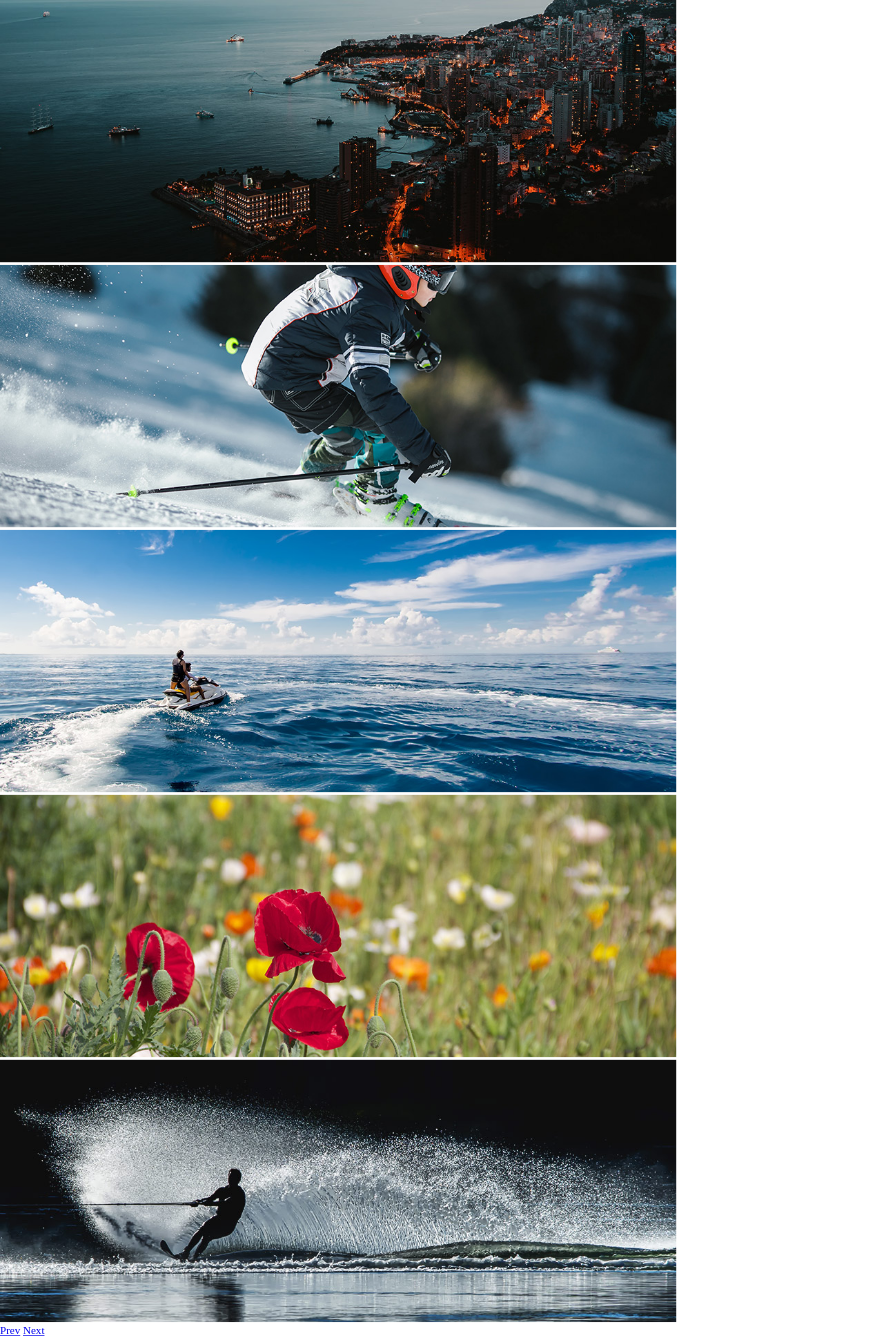
Repository: AnhTuan191298/sent-file-hoang
Page: js_slider/index.html
These files come from the project's save history. The page is drawn as it stood at one moment and after the next save; the edit follows.
The browser window is 1280 px wide. The pictures show the whole page, at 69% of full size.

Above is the page before, as saved 2021-02-01 15:53:01.

After the next save:
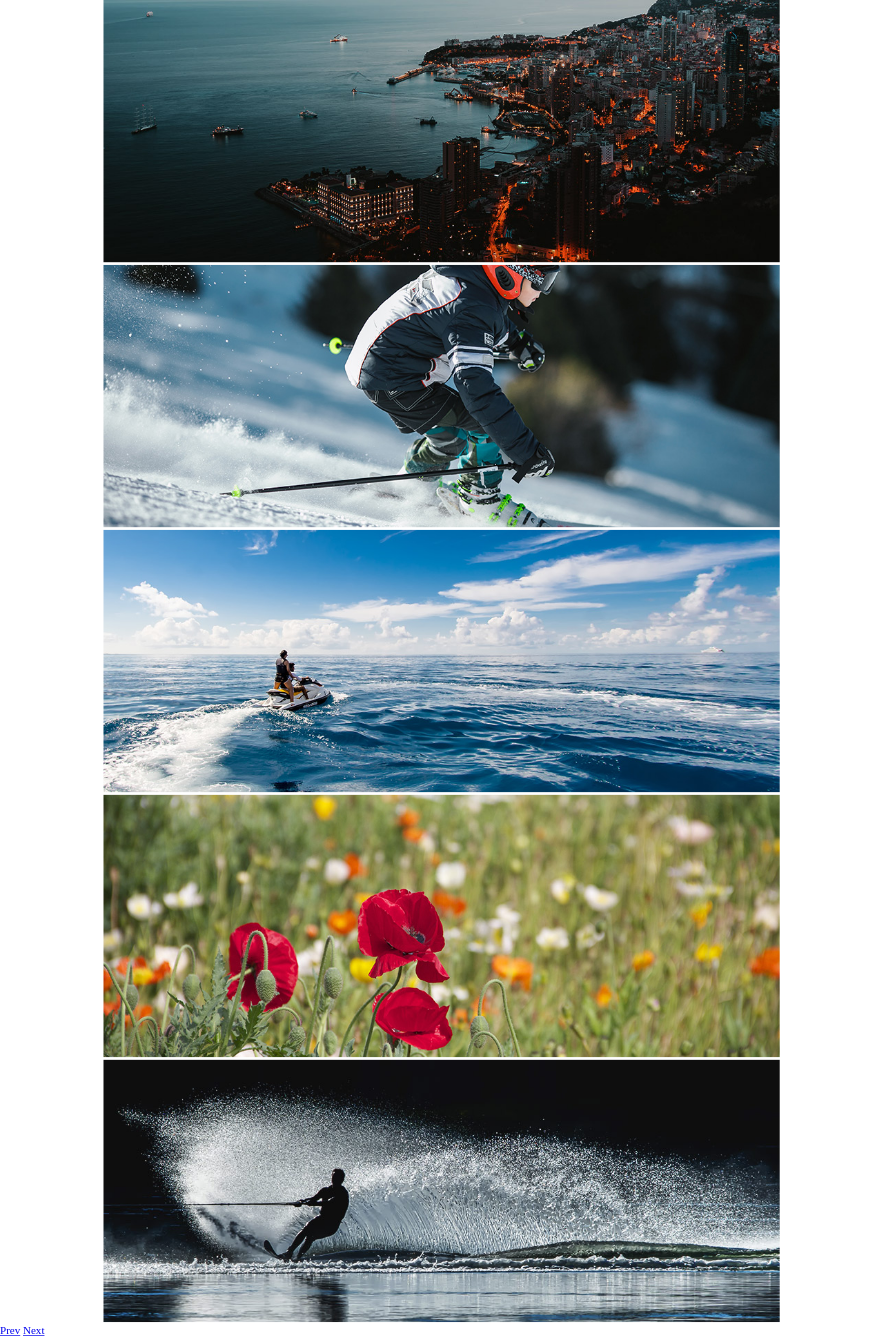
Saved 19 s later.
--- a/js_slider/index.html
+++ b/js_slider/index.html
@@ -11,7 +11,8 @@
             box-sizing: border-box;
         }
         .wrapper {
-            width: 980px auto;
+            width: 980px;
+            margin: 0px auto;
         }
     </style>
 </head>
